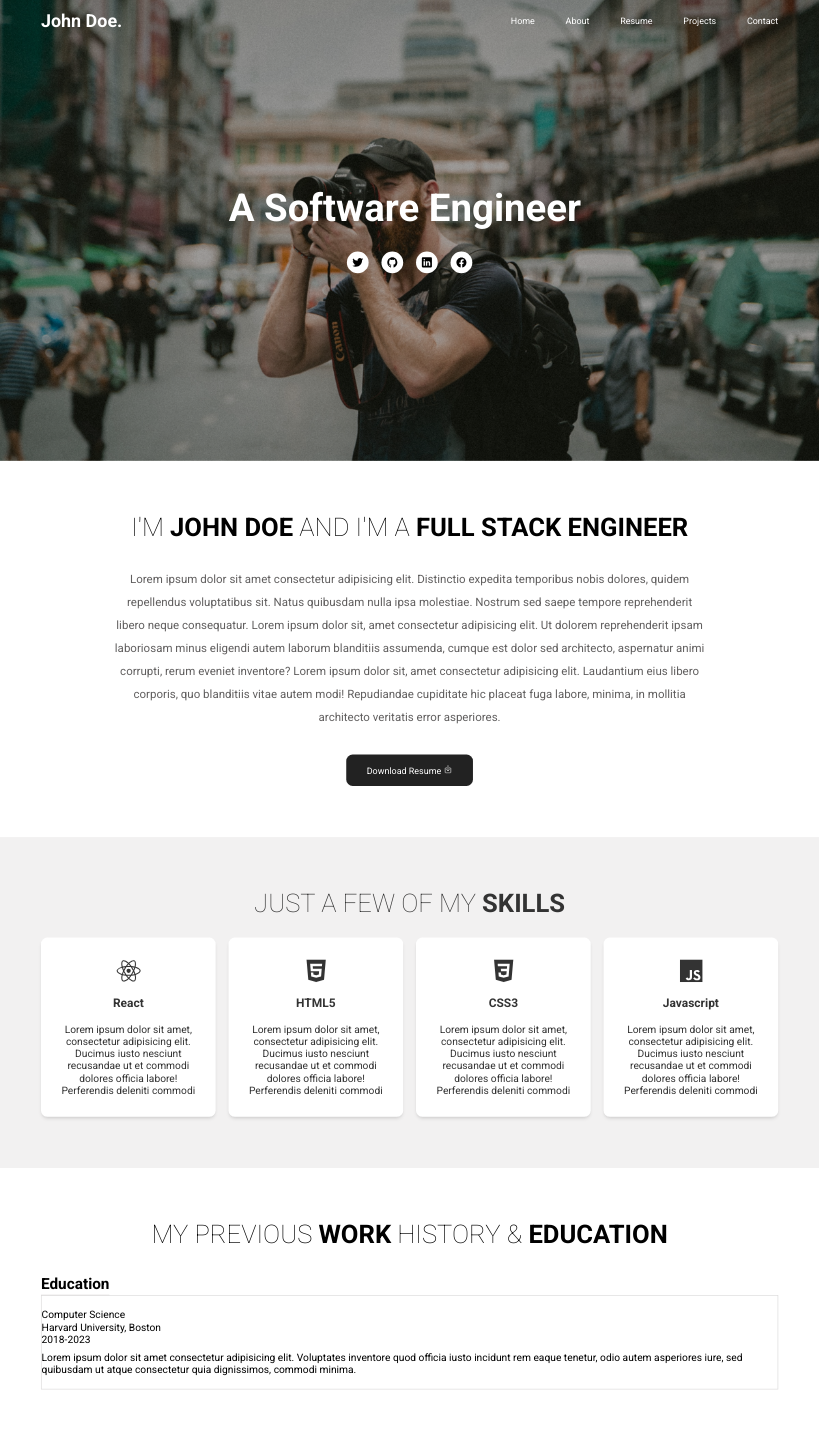
Repository: DevAntonioRogers/portfolio-tutorial
Page: index.html
The author's editor kept a copy of each file at every save. The page is drawn from the files as they stood at one save, then again after the next save.
The browser window is 1280 px wide. The pictures show the whole page, at 64% of full size.
Backgrounds fixed to the window are drawn as part of the page.

Above is the page before, as saved 2023-11-01 07:20:00.

After the next save:
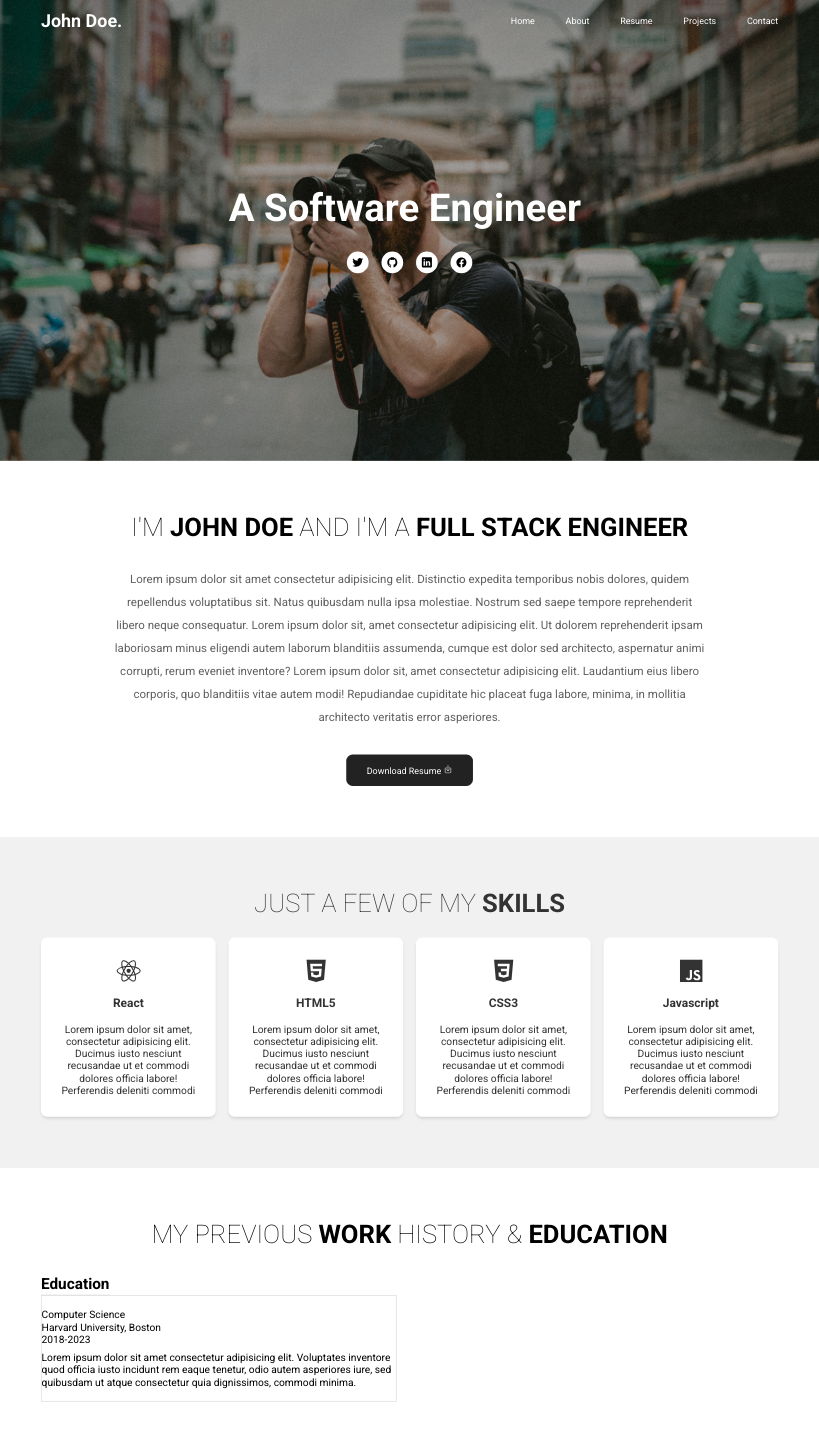
Saved 35 s later.
--- a/styles/resume.css
+++ b/styles/resume.css
@@ -15,3 +15,9 @@
   padding-bottom: 3px;
   display: inline-block;
 }
+
+.resume-content {
+  display: grid;
+  gap: 40px;
+  grid-template-columns: repeat(2, minmax(0, 1fr));
+}
